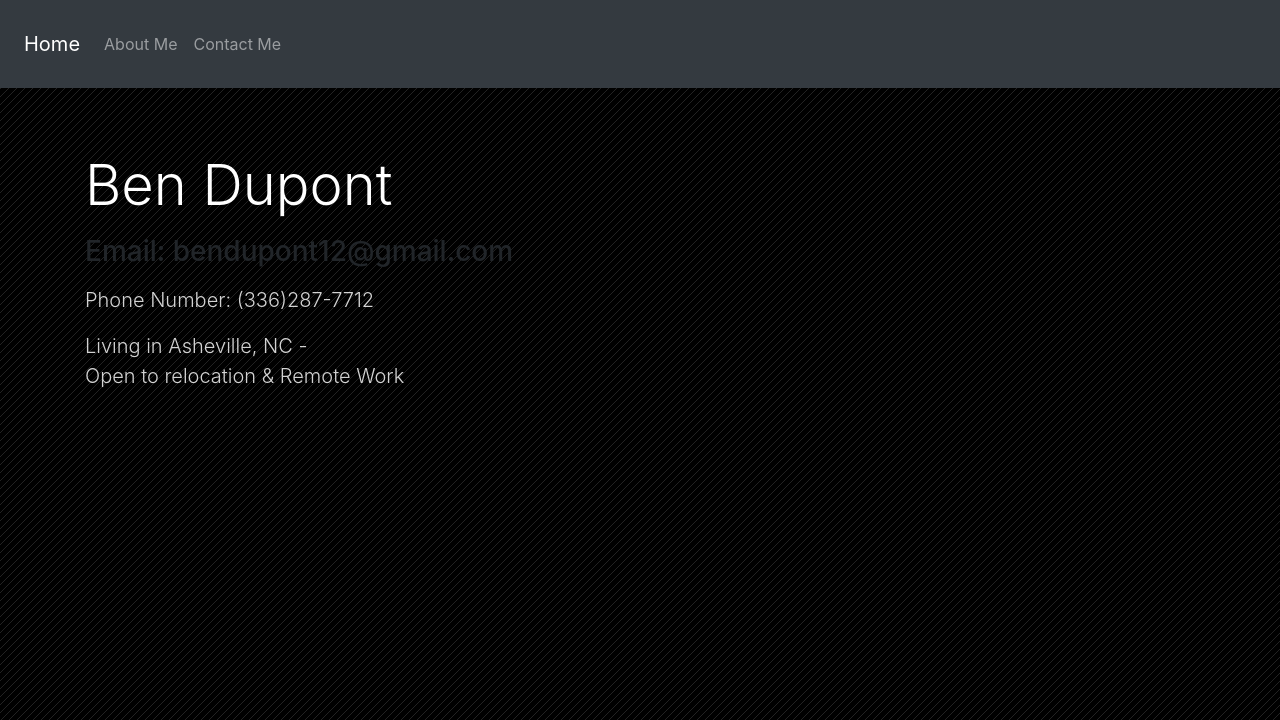
Repository: dupbd/portfolioWebPage
Page: BensSite/src/main/resources/static/contact.html
These files come from the project's save history. The page is drawn as it stood at one moment and after the next save; the edit follows.
The browser window is 1280 px wide. The pictures show the whole page.

Above is the page before, as saved 2021-02-08 22:15:49.

After the next save:
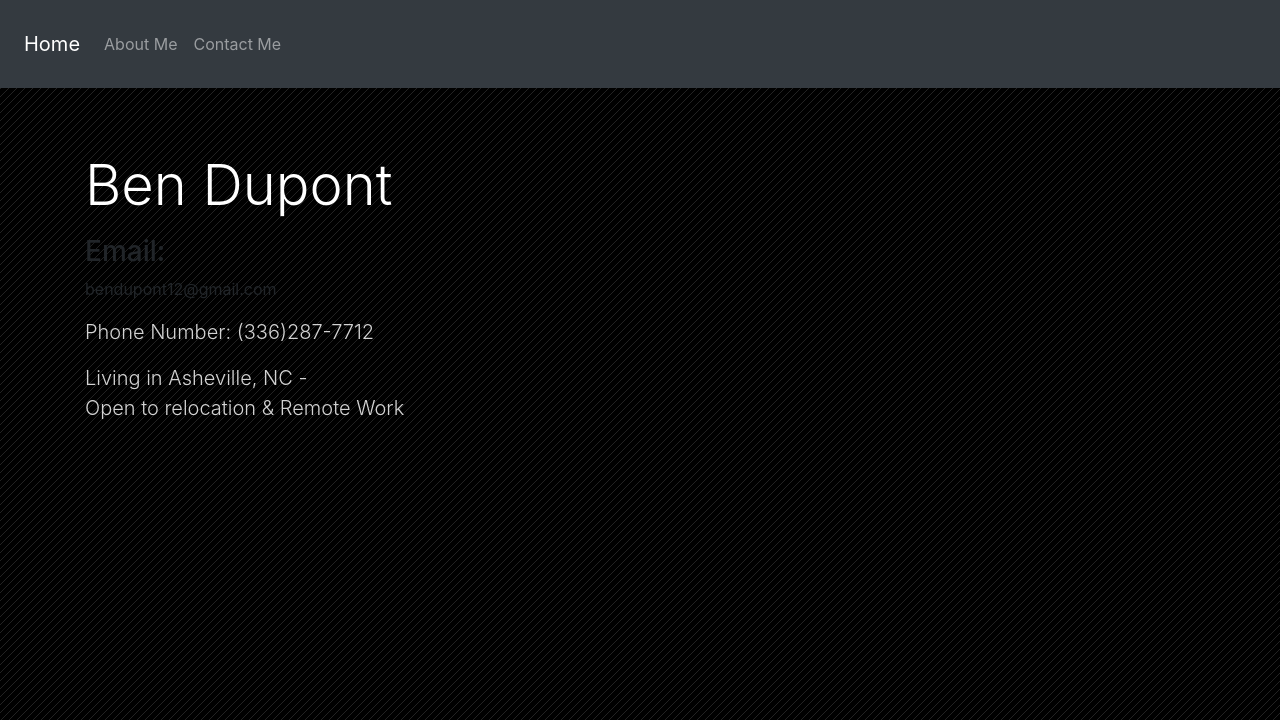
Saved 51 s later.
--- a/BensSite/src/main/resources/static/contact.html
+++ b/BensSite/src/main/resources/static/contact.html
@@ -31,7 +31,7 @@
 <div class="jumbotron jumbotron-fluid">
 <div class="container">
 <h1 class="display-4">Ben Dupont</h1>
-<p class="lead"><h3>Email: bendupont12@gmail.com</h3></p>
+<p class="lead"><h3>Email:</h3> bendupont12@gmail.com</p>
 <p class="lead">Phone Number: (336)287-7712</p>
 <p class="lead">Living in Asheville, NC - <br>Open to relocation & Remote Work</p>
 </div>
